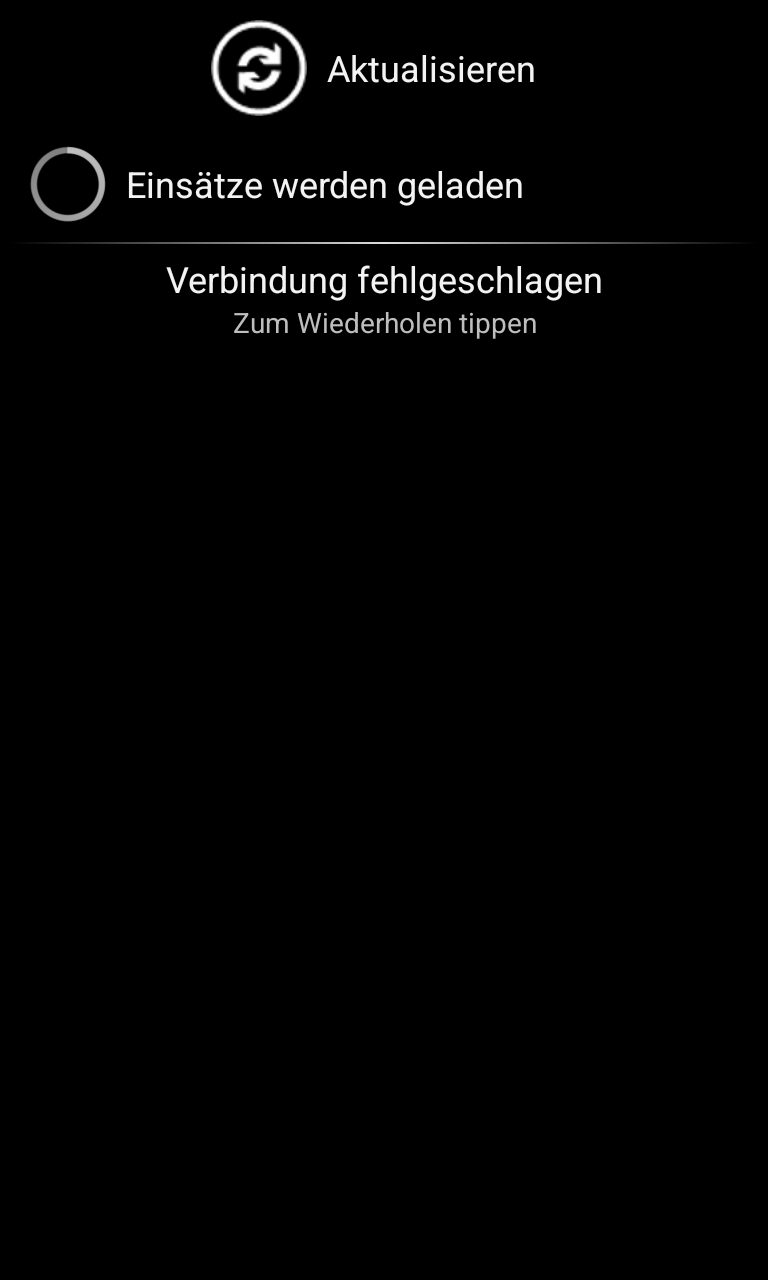
Repository: dwonisch/firefighterapp
Layout: FireFighter/res/layout/main.xml
An editor plug-in stored every save of this project. The layout is shown before and after the next save, followed by the edit.
It is drawn on a 768 x 1280 px phone screen (xhdpi) without system bars, with theme android:Theme.Holo; the app's code is not run. Lists and similar views that code fills are empty.

Above is the layout before, as saved 2012-10-11 18:50:52.

### FireFighter/res/layout/main.xml
<?xml version="1.0" encoding="utf-8"?>
<LinearLayout xmlns:android="http://schemas.android.com/apk/res/android"
    android:layout_width="wrap_content"
    android:layout_height="fill_parent"
    android:orientation="vertical" >

    <LinearLayout
        xmlns:android="http://schemas.android.com/apk/res/android"
        android:id="@+id/refresh"
        android:layout_width="wrap_content"
        android:layout_height="wrap_content"
        android:onClick="onRefresh"
        android:orientation="vertical"
        android:padding="5dp" >

        <LinearLayout
            android:layout_width="match_parent"
            android:layout_height="wrap_content"
            android:layout_gravity="center_vertical|center_horizontal"
            android:gravity="center"
            android:padding="5dp" >

            <ImageView
                android:layout_width="wrap_content"
                android:layout_height="wrap_content"
                android:layout_gravity="center_vertical|center_horizontal"
                android:contentDescription="Refresh"
                android:src="@drawable/refresh" />

            <TextView
                android:id="@+id/progress_Text"
                android:layout_width="wrap_content"
                android:layout_height="fill_parent"
                android:gravity="center_vertical|center_horizontal"
                android:padding="10dp"
                android:text="Aktualisieren"
                android:textAppearance="?android:attr/textAppearanceMedium" />
        </LinearLayout>

        <LinearLayout
            android:id="@+id/progress"
            android:layout_width="match_parent"
            android:layout_height="wrap_content"
            android:padding="5dp" >

            <ProgressBar
                android:id="@+id/progressBar"
                android:layout_width="wrap_content"
                android:layout_height="wrap_content" />

            <TextView
                android:id="@+id/progress_Text"
                android:layout_width="wrap_content"
                android:layout_height="fill_parent"
                android:gravity="center_vertical|center_horizontal"
                android:padding="5dp"
                android:text="Einsätze werden geladen"
                android:textAppearance="?android:attr/textAppearanceMedium" />
        </LinearLayout>

        <View
            android:layout_width="fill_parent"
            android:layout_height="1dp"
            android:background="@layout/gradient" />
    </LinearLayout>

    <LinearLayout
        android:id="@+id/connectionLost"
        android:layout_width="fill_parent"
        android:layout_height="fill_parent"
        android:layout_gravity="center_vertical|center_horizontal"
        android:gravity="bottom|center_horizontal|center_vertical|fill_vertical"
        android:onClick="onRefresh"
        android:orientation="vertical" >

        <TextView
            android:id="@+id/progress_Text"
            android:layout_width="fill_parent"
            android:layout_height="wrap_content"
            android:gravity="center_vertical|center_horizontal"
            android:text="Verbindung fehlgeschlagen"
            android:textAppearance="?android:attr/textAppearanceMedium" />

        <TextView
            android:id="@+id/progress_Text"
            android:layout_width="fill_parent"
            android:layout_height="wrap_content"
            android:gravity="center_vertical|center_horizontal"
            android:text="Zum Wiederholen tippen"
            android:textAppearance="?android:attr/textAppearanceSmall" />
    </LinearLayout>

    <ListView
        android:id="@+id/bookListView"
        android:layout_width="fill_parent"
        android:layout_height="fill_parent"
        android:divider="#ffffff"
        android:padding="5dp" >
    </ListView>

</LinearLayout>

### FireFighter/res/layout/gradient.xml
<?xml version="1.0" encoding="utf-8"?>
<layer-list xmlns:android="http://schemas.android.com/apk/res/android">
   <item>
      <shape android:shape="rectangle">
    <gradient
        android:angle="180"
        android:centerColor="#DDDDDD"
        android:endColor="#000000"
        android:startColor="#000000"
        android:type="linear" />
      </shape>
   </item>
</layer-list>

After the next save:
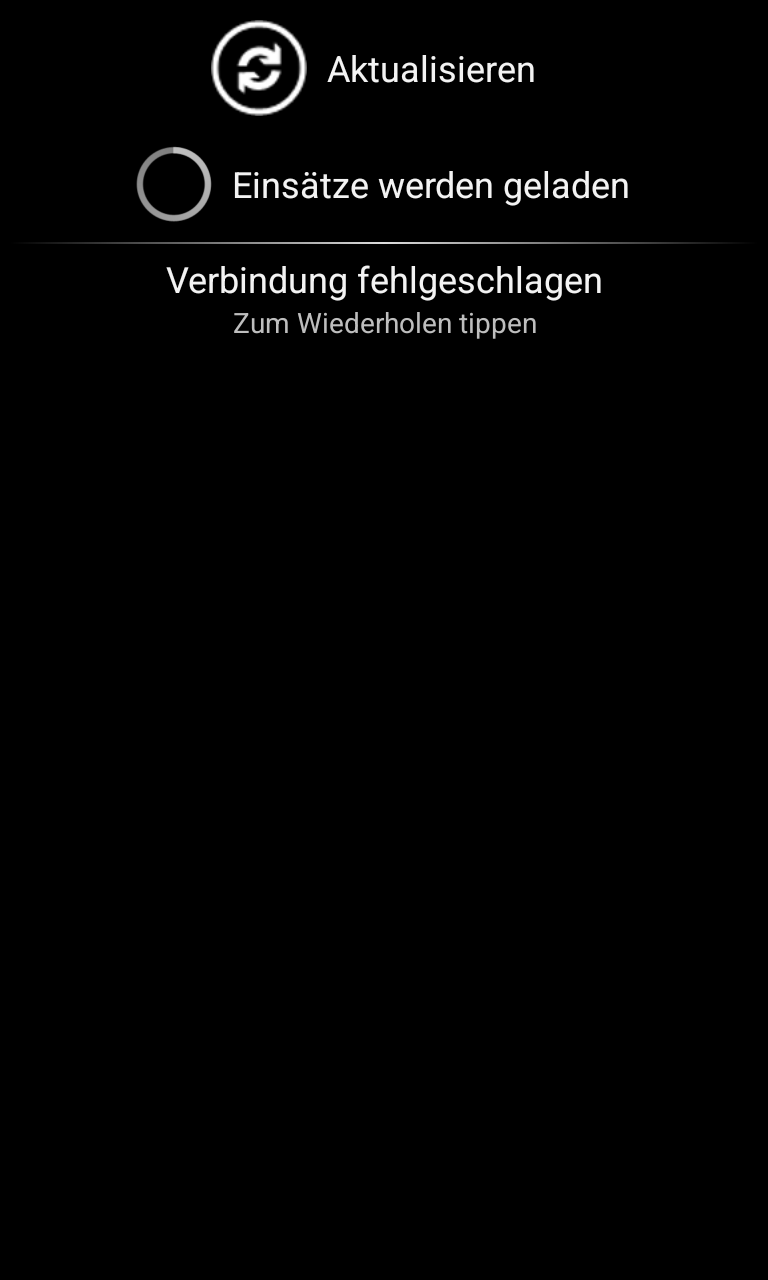
Saved 85 s later.
--- a/FireFighter/res/layout/main.xml
+++ b/FireFighter/res/layout/main.xml
@@ -37,10 +37,12 @@
                 android:textAppearance="?android:attr/textAppearanceMedium" />
         </LinearLayout>
 
+
         <LinearLayout
             android:id="@+id/progress"
             android:layout_width="match_parent"
             android:layout_height="wrap_content"
+            android:gravity="center"
             android:padding="5dp" >
 
             <ProgressBar
